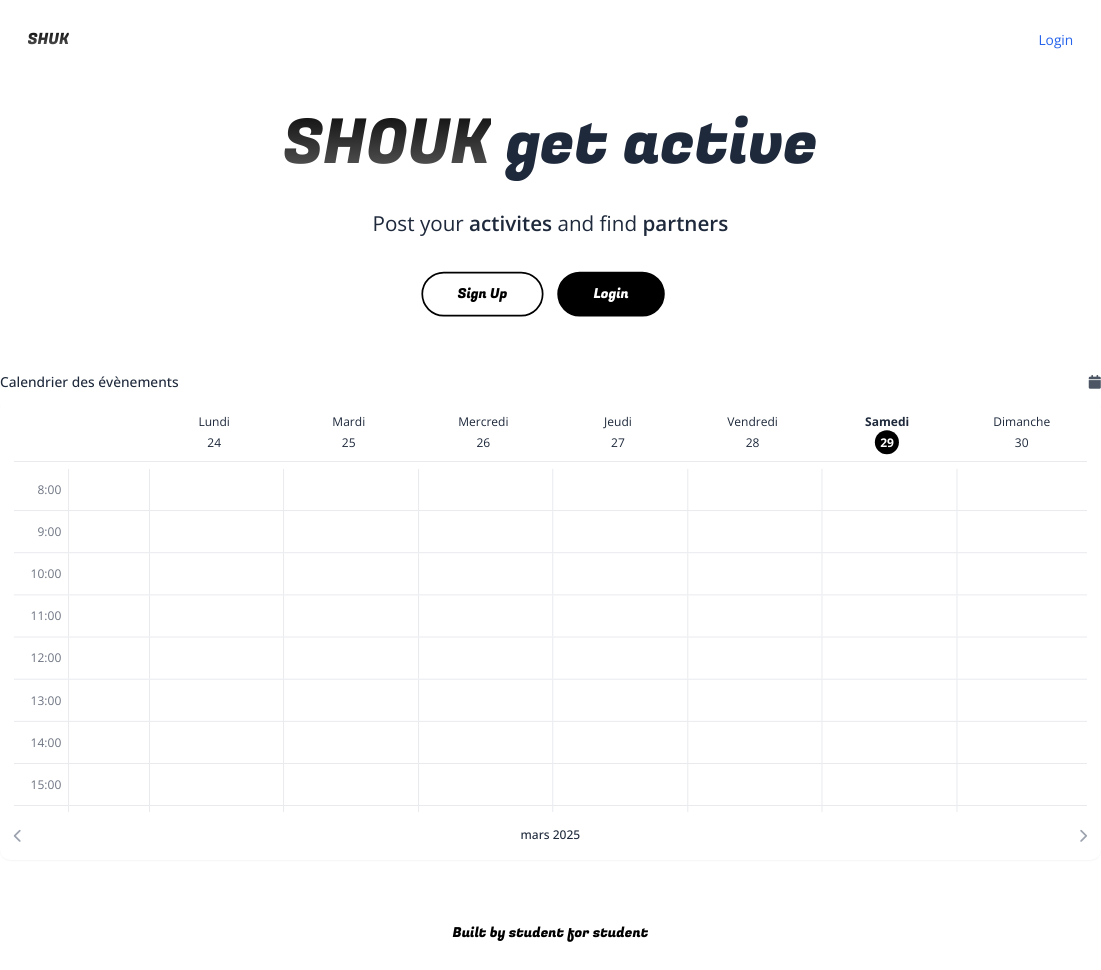
Repository: Yruamaaaa/uqac_app_test1
Page: /
An editor plug-in stored every save of this project. The page is shown before and after the next save, followed by the edit.
The browser window is 1280 px wide. The pictures show the whole page, at 86% of full size.
The page's requests for data from a server got no answer. An inner scrolling area shows only its first screen. The project was rebuilt for these pictures with package versions that can differ from the ones it lists, and the page was loaded fresh each time. The framework's server and built-in components were replaced by stand-ins that run in the browser. No one was signed in, and anything a server would have sent is missing. Also part of the build but not shown: next.config.js, next.config.mjs, components/Logout.js.

Above is the page before, as saved 2025-04-05 18:27:17.

After the next save:
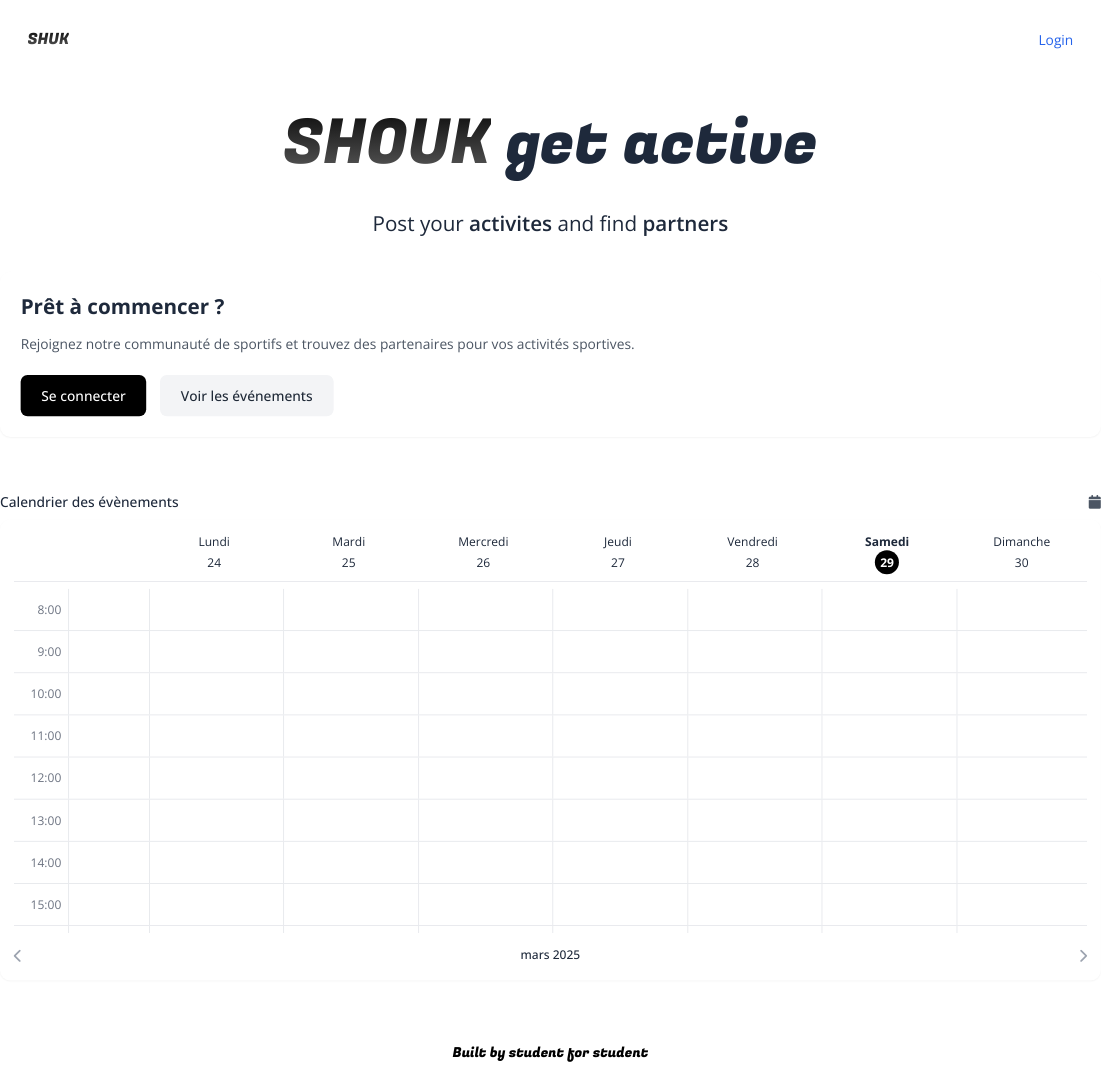
Saved 3 min 49 s later.
--- a/components/CallToAction.js
+++ b/components/CallToAction.js
@@ -1,30 +1,29 @@
 'use client'
-import Link from 'next/link'
-import React from 'react'
-import Button from './Button'
-import { useAuth } from '@/context/AuthContext'
+import { useRouter } from 'next/navigation'
 
 export default function CallToAction() {
-    const { currentUser } = useAuth()
-
-    if (currentUser) {
-        return (
-            <div className='max-w-[600px] mx-auto w-full'>
-                <Link href={'/dashboard'}>
-                    <Button dark full text="Go to dashboard" />
-                </Link>
-            </div>
-        )
-    }
+    const router = useRouter()
 
     return (
-        <div className='grid grid-cols-2 gap-4 w-fit mx-auto'>
-            <Link href={'/dashboard'}>
-                <Button text="Sign Up" />
-            </Link>
-            <Link href={'/dashboard'}>
-                <Button text="Login" dark />
-            </Link>
+        <div className="bg-white rounded-xl p-6 shadow-sm">
+            <h2 className="text-2xl font-bold mb-4">Prêt à commencer ?</h2>
+            <p className="text-gray-600 mb-6">
+                Rejoignez notre communauté de sportifs et trouvez des partenaires pour vos activités sportives.
+            </p>
+            <div className="flex flex-col sm:flex-row gap-4">
+                <button
+                    onClick={() => router.push('/login')}
+                    className="px-6 py-3 bg-black text-white rounded-lg font-medium hover:bg-gray-800 transition-colors"
+                >
+                    Se connecter
+                </button>
+                <button
+                    onClick={() => router.push('/event-research')}
+                    className="px-6 py-3 bg-gray-100 text-gray-800 rounded-lg font-medium hover:bg-gray-200 transition-colors"
+                >
+                    Voir les événements
+                </button>
+            </div>
         </div>
     )
 }
